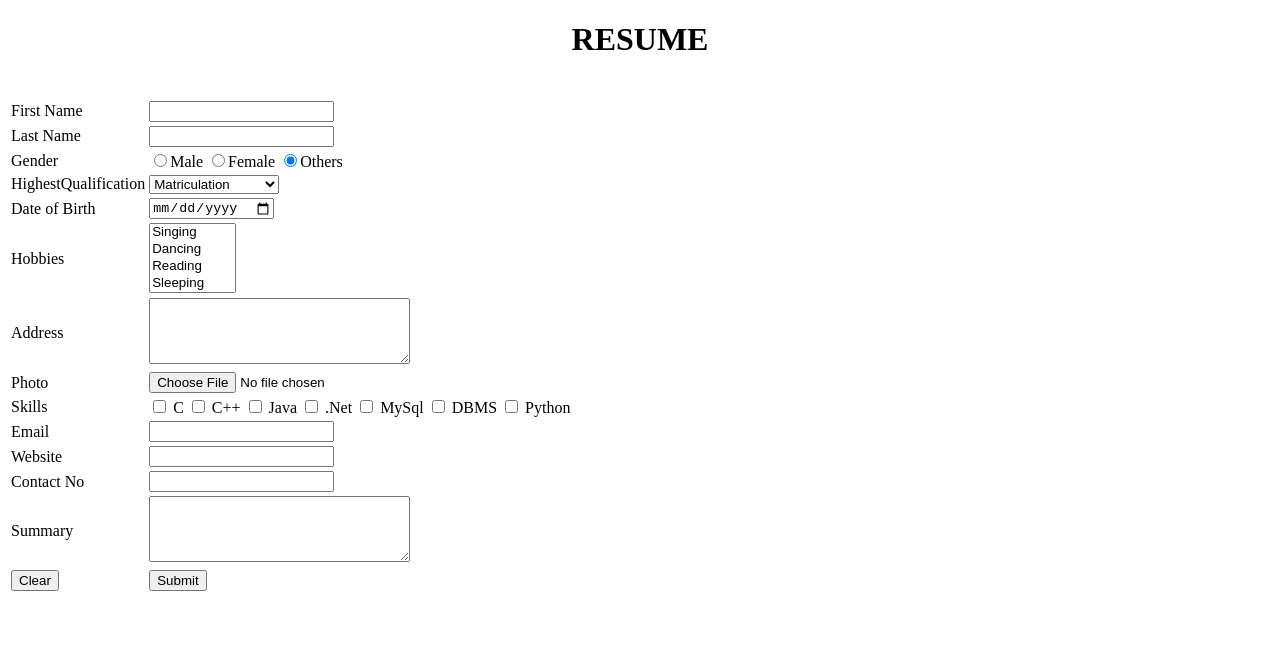
Repository: Rccalfa123/JEE
Page: MyFirstServlet/WebContent/Resume.html
The author's editor kept a copy of each file at every save. The page is drawn from the files as they stood at one save, then again after the next save.
The browser window is 1280 px wide. The pictures show the whole page.

Above is the page before, as saved 2018-08-07 13:41:10.

After the next save:
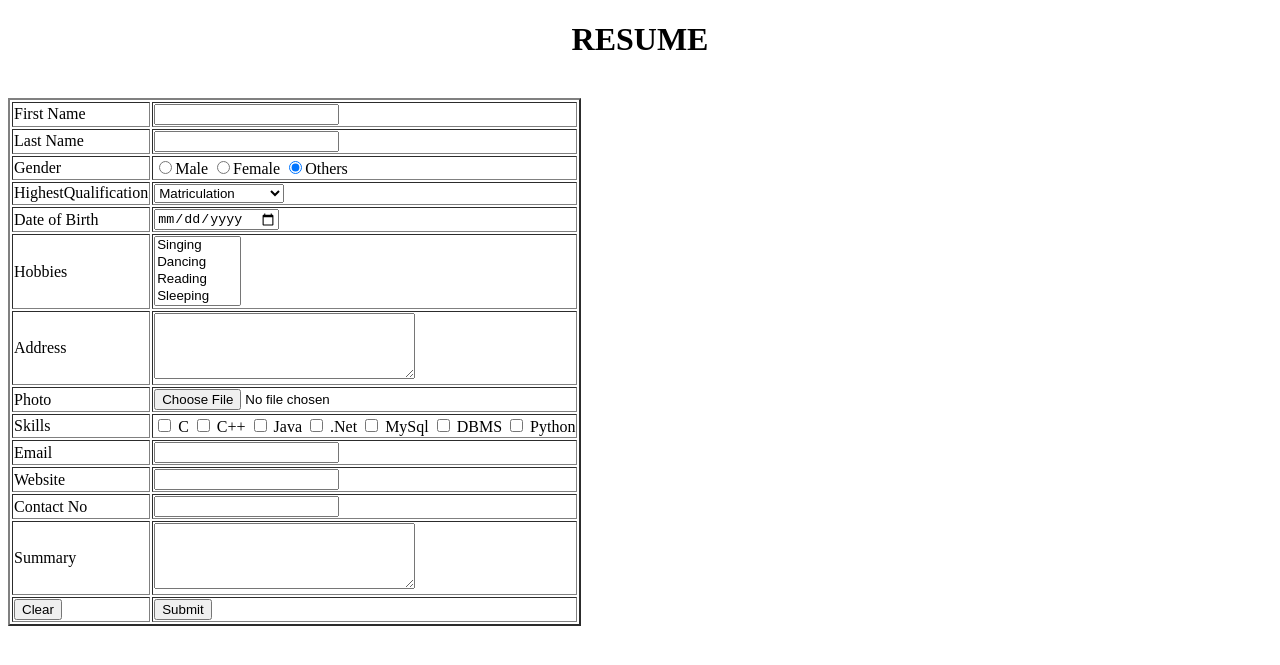
Saved 27 s later.
--- a/MyFirstServlet/WebContent/Resume.html
+++ b/MyFirstServlet/WebContent/Resume.html
@@ -7,7 +7,7 @@
 <body>
    <form action="MyServlet" method="get">
    <h1 align="center"> RESUME </h1><br>
-  <table >
+  <table border="2">
    <tr><td>First Name </td><td><input type="text" name="fname"></td></tr>
 
    <tr><td>Last Name</td> <td> <input type="text" name="lname"></td></tr>
